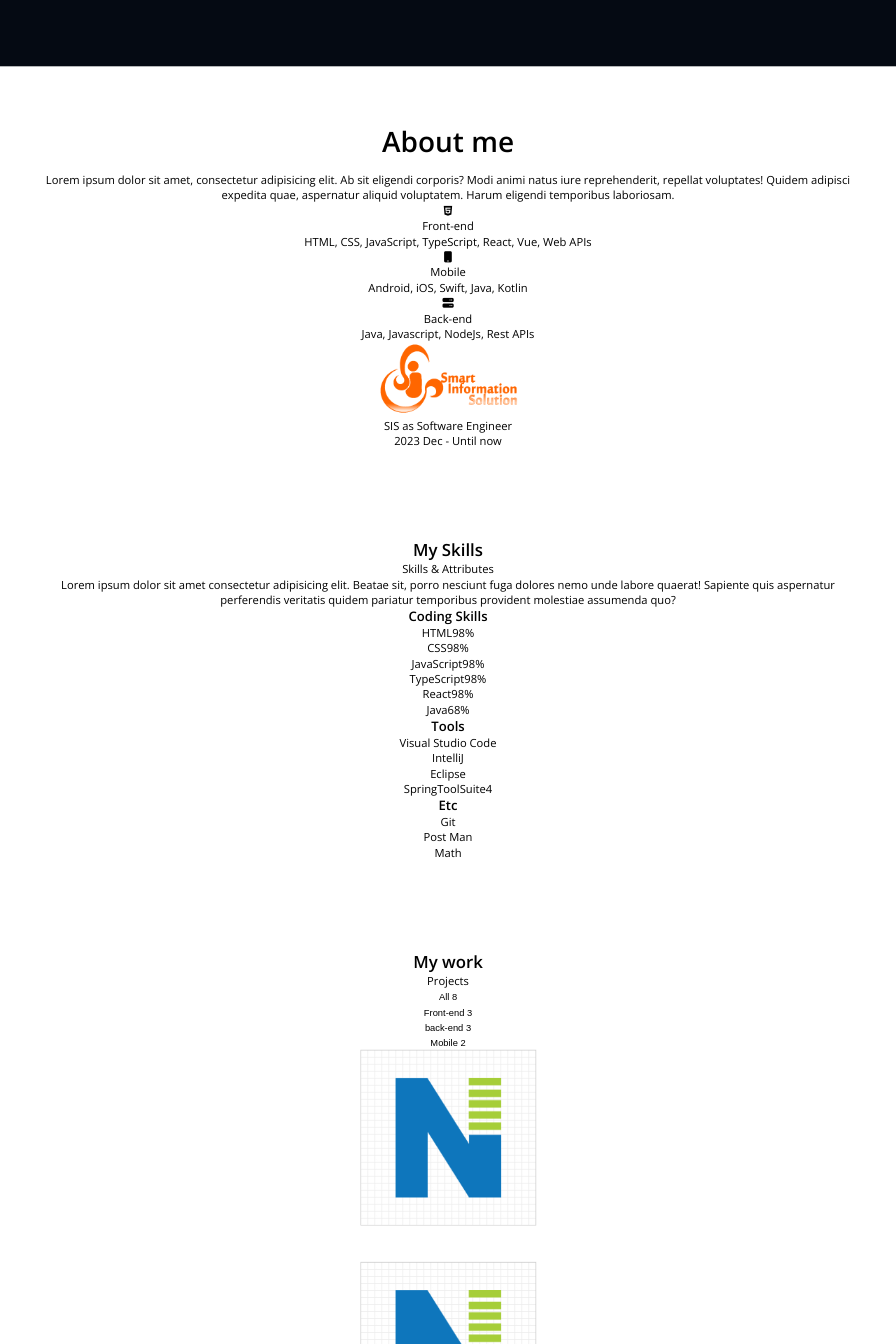
Repository: N1C0N1C0/Portfolio
Page: index.html
The author's editor kept a copy of each file at every save. The page is drawn from the files as they stood at one save, then again after the next save.
The browser window is 1280 px wide. The pictures show the part of the page from y = 644 to 2564 px (the page is 6067 px tall before and 6130 px after), at 70% of full size.
Some web libraries are served in a nearby version.

Above is the page before, as saved 2023-12-16 18:48:47.

After the next save:
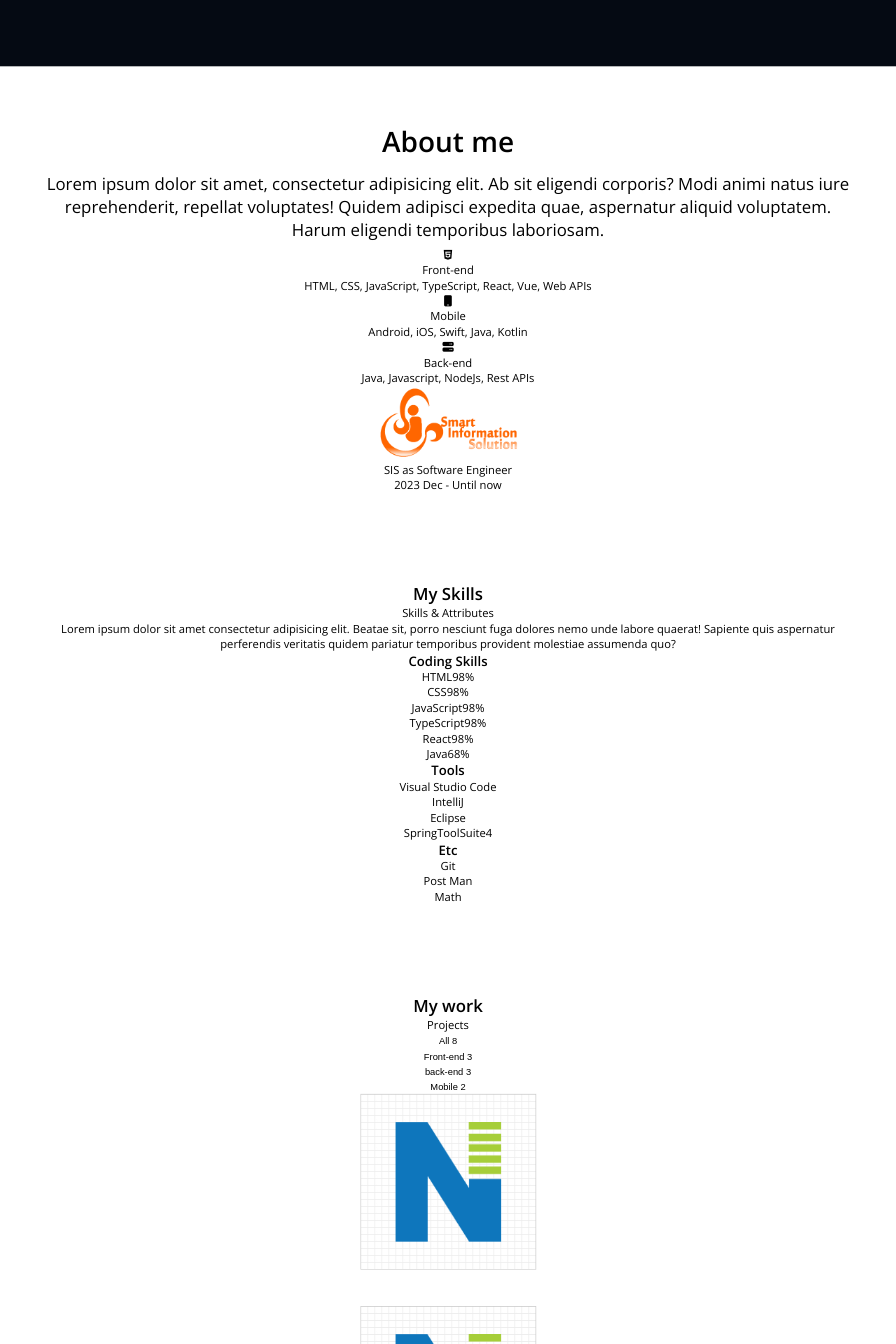
Saved 33 s later.
--- a/css/style.css
+++ b/css/style.css
@@ -57,6 +57,11 @@ button:focus {
 .title {
     font-size: 2.5rem;
     margin: 1rem 0;
+}
+
+.description {
+    font-size: 1.5rem;
+    margin: 0.5rem 0;
 }
 
 /* Header */
